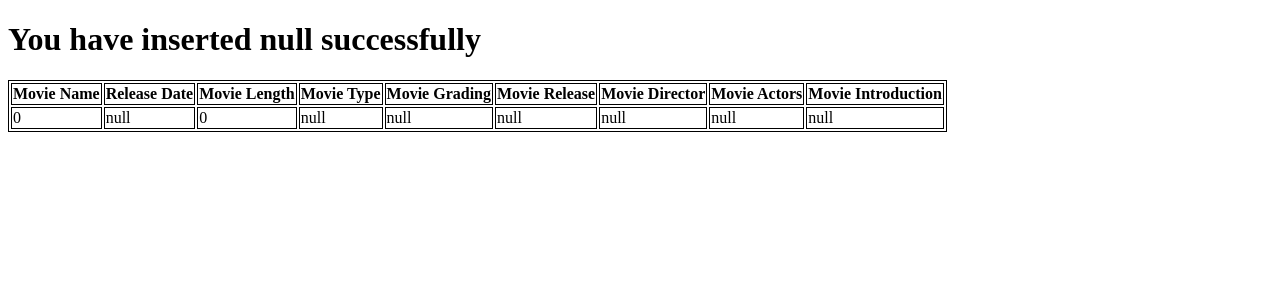
Repository: PEICHI26/Cinema
Page: http://localhost/Cinema/QueryResult.jsp
An editor plug-in stored every save of this project. The page is shown before and after the next save, followed by the edit.
The browser window is 1280 px wide. The pictures show the whole page.
The page is served by Tomcat 9. Nobody is signed in. The application's start-up code is not run. Other server files are loaded and not shown.

Above is the page before, as saved 2021-12-18 04:00:12.

### Cinema/src/main/webapp/QueryResult.jsp
<%@ page language="java" contentType="text/html; charset=UTF-8"
	pageEncoding="UTF-8"%>
<!DOCTYPE html>
<html>
<head>

<meta http-equiv="Content-Type" content="text/html; charset=UTF-8">
<title>Insert Successful</title>
<style>
table, th, td {
  border:1px solid black;
}
</style>
</head>
<body>
	<jsp:useBean id="themovie" class="tw.cinema.model.Movie" scope="session" />
	<h1>
		You have inserted
		<jsp:getProperty name="themovie" property="movie_Name" />
		successfully
	</h1>
	<table>
  <tr>
    <th>Movie Name</th>
    <th>Release Date</th>
    <th>Movie Length</th>
    <th>Movie Type</th>
    <th>Movie Grading</th>
    <th>Movie Release</th>
    <th>Movie Director</th>
    <th>Movie Actors</th>
    <th>Movie Introduction</th>


  </tr>
  <tr>
    <td><jsp:getProperty name="themovie" property="movie_No" /></td>
    <td><jsp:getProperty name="themovie" property="movie_Date" /></td>
    <td><jsp:getProperty name="themovie" property="movie_Length" /></td>
    <td><jsp:getProperty name="themovie" property="type" /></td>
    <td><jsp:getProperty name="themovie" property="grading" /></td>
    <td><jsp:getProperty name="themovie" property="release" /></td>
    <td><jsp:getProperty name="themovie" property="director" /></td>
    <td><jsp:getProperty name="themovie" property="actor" /></td>
    <td><jsp:getProperty name="themovie" property="intro" /></td>


  </tr>

</table>
</body>
</html>

### Cinema/src/main/java/tw/cinema/model/Movie.java
package tw.cinema.model;

import java.io.Serializable;
import java.util.Date;

import javax.persistence.Column;
import javax.persistence.Entity;
import javax.persistence.GeneratedValue;
import javax.persistence.GenerationType;
import javax.persistence.Id;
import javax.persistence.Table;

@Entity
@Table(name = "movie")
public class Movie implements Serializable {

	@Id
	@GeneratedValue(strategy = GenerationType.IDENTITY)
	@Column(name = "movie_No")
	private int movie_No;

	@Column(name = "movie_Name")
	private String movie_Name;

	@Column(name = "movie_Date")
	private Date movie_Date;

	@Column(name = "movie_Length")
	private int movie_Length;

	@Column(name = "type")
	private String type;

	@Column(name = "grading")
	private String grading;

	@Column(name = "release")
	private String release;

	@Column(name = "director")
	private String director;

	@Column(name = "actor")
	private String actor;

	@Column(name = "intro")
	private String intro;

	public Movie() {
		super();
	}

	public Movie(String movie_Name, Date movie_Date, int movie_Length, String type, String grading, String release,
			String director, String actor, String intro) {
		super();
		this.movie_Name = movie_Name;
		this.movie_Date = movie_Date;
		this.movie_Length = movie_Length;
		this.type = type;
		this.grading = grading;
		this.release = release;
		this.director = director;
		this.actor = actor;
		this.intro = intro;
	}

	public int getMovie_No() {
		return movie_No;
	}

	public void setMovie_No(int movie_No) {
		this.movie_No = movie_No;
	}

	public String getMovie_Name() {
		return movie_Name;
	}

	public void setMovie_Name(String movie_Name) {
		this.movie_Name = movie_Name;
	}

	public Date getMovie_Date() {
		return movie_Date;
	}

	public void setMovie_Date(Date movie_Date) {
		this.movie_Date = movie_Date;
	}

	public int getMovie_Length() {
		return movie_Length;
	}

	public void setMovie_Length(int movie_Length) {
		this.movie_Length = movie_Length;
	}

	public String getType() {
		return type;
	}

	public void setType(String type) {
		this.type = type;
	}

	public String getGrading() {
		return grading;
	}

	public void setGrading(String grading) {
		this.grading = grading;
	}

	public String getRelease() {
		return release;
	}

	public void setRelease(String release) {
		this.release = release;
	}

	public String getDirector() {
		return director;
	}

	public void setDirector(String director) {
		this.director = director;
	}

	public String getActor() {
		return actor;
	}

	public void setActor(String actor) {
		this.actor = actor;
	}

	public String getIntro() {
		return intro;
	}

	public void setIntro(String intro) {
		this.intro = intro;
	}


}

After the next save:
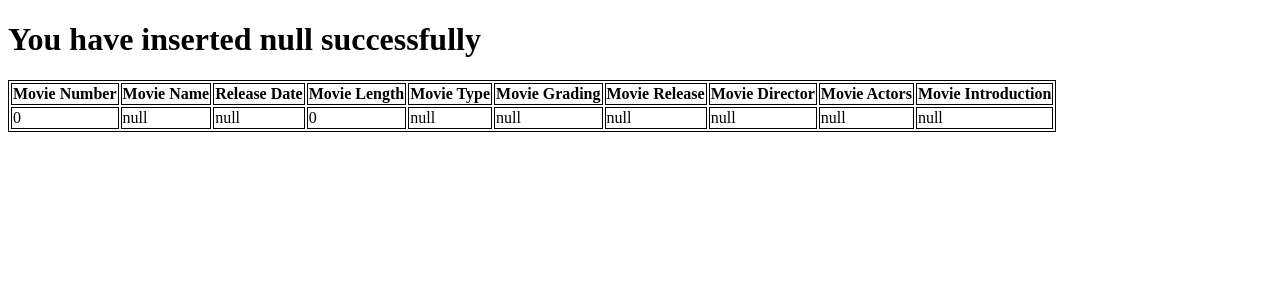
Saved 75 s later.
--- a/Cinema/src/main/webapp/QueryResult.jsp
+++ b/Cinema/src/main/webapp/QueryResult.jsp
@@ -21,6 +21,7 @@ table, th, td {
 	</h1>
 	<table>
   <tr>
+    <th>Movie Number</th>
     <th>Movie Name</th>
     <th>Release Date</th>
     <th>Movie Length</th>
@@ -35,6 +36,7 @@ table, th, td {
   </tr>
   <tr>
     <td><jsp:getProperty name="themovie" property="movie_No" /></td>
+    <td><jsp:getProperty name="themovie" property="movie_Name" /></td>
     <td><jsp:getProperty name="themovie" property="movie_Date" /></td>
     <td><jsp:getProperty name="themovie" property="movie_Length" /></td>
     <td><jsp:getProperty name="themovie" property="type" /></td>
